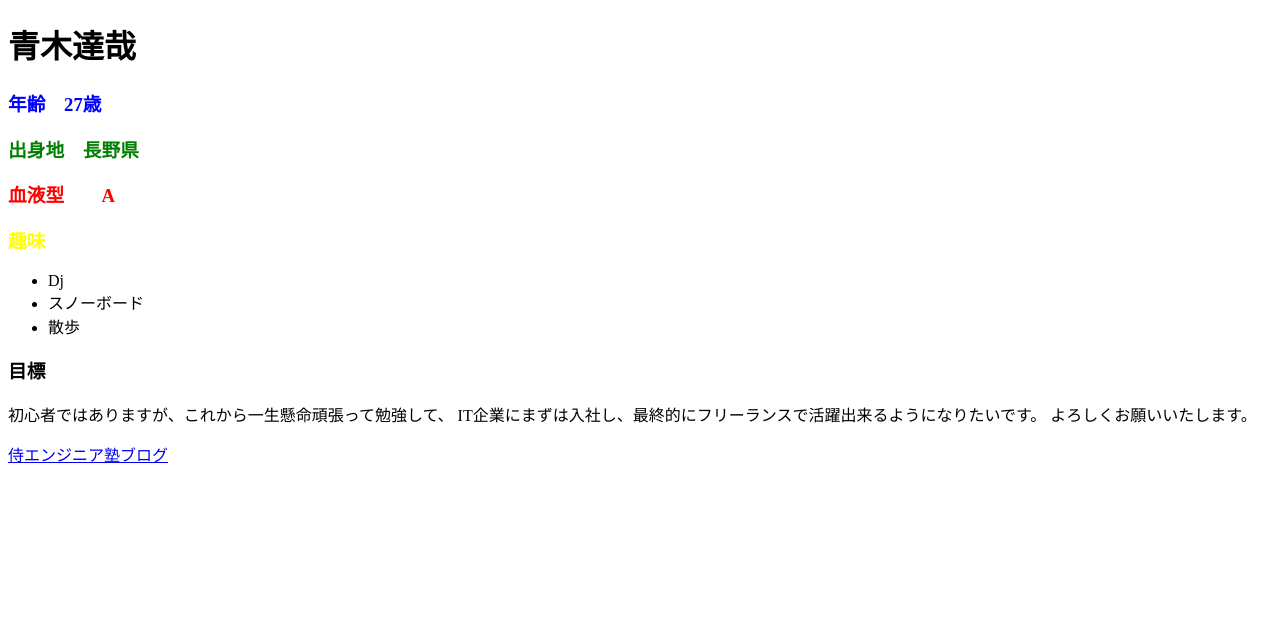
Repository: aotatsu8/samurai_HTML-CSS
Page: profile.html
The author's editor kept a record of every edit. The page is drawn from the files as they stood at one moment, then again after the next edit.
The browser window is 1280 px wide. The pictures show the whole page.

Above is the page before.

### profile.html
<!DOCTYPE html>
<html lang="ja">
<head>
    <meta charset="UTF-8">
     <title>青木達哉のプロフィール</title>
     <!-- profile.cssの読み込み -->
    <link rel="stylesheet" href="profile.css">
</head>
<body>
     <h1>青木達哉</h1>
  <h3 class="blue">年齢　27歳</h3>
  <h3 class="green">出身地　長野県</h3>
  <h3 class="red">血液型　　A</h3>
  <h3 class="yellow">趣味</h3>
  <ul>
    <li>Dj</li>
    <li>スノーボード</li>
    <li>散歩</li>
  </ul>
    <h3 fw="bold">目標</h3>

   <p>初心者ではありますが、これから一生懸命頑張って勉強して、
    IT企業にまずは入社し、最終的にフリーランスで活躍出来るようになりたいです。
    よろしくお願いいたします。</p>
    </body>
</html>
<html lang="ja">
    <body>
        <a href="https://www.sejuku.net/blog/">侍エンジニア塾ブログ</a>
    </body>
</html>

### profile.css
@charset"utf-8";
.blue{
    color:blue;
}
.green{
    color:green;
}
.red{
    color:red;
}
.yellow{
    color:yellow;
}
.fw-bold{
    font-weight:bold;
}

After the next edit:
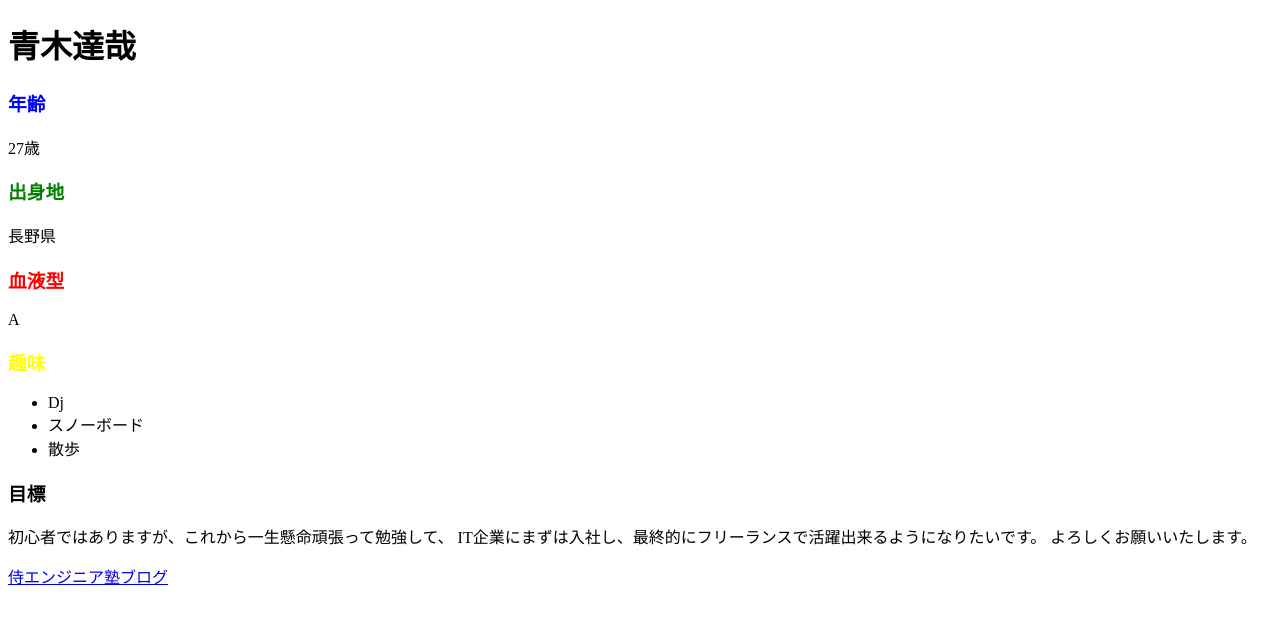
The edit:
--- a/profile.html
+++ b/profile.html
@@ -8,9 +8,12 @@
 </head>
 <body>
      <h1>青木達哉</h1>
-  <h3 class="blue">年齢　27歳</h3>
-  <h3 class="green">出身地　長野県</h3>
-  <h3 class="red">血液型　　A</h3>
+  <h3 class="blue">年齢　</h3>
+  <p>27歳</p>
+  <h3 class="green">出身地</h3>
+  <p>長野県</p>
+  <h3 class="red">血液型</h3>
+  <p>A</p>
   <h3 class="yellow">趣味</h3>
   <ul>
     <li>Dj</li>
